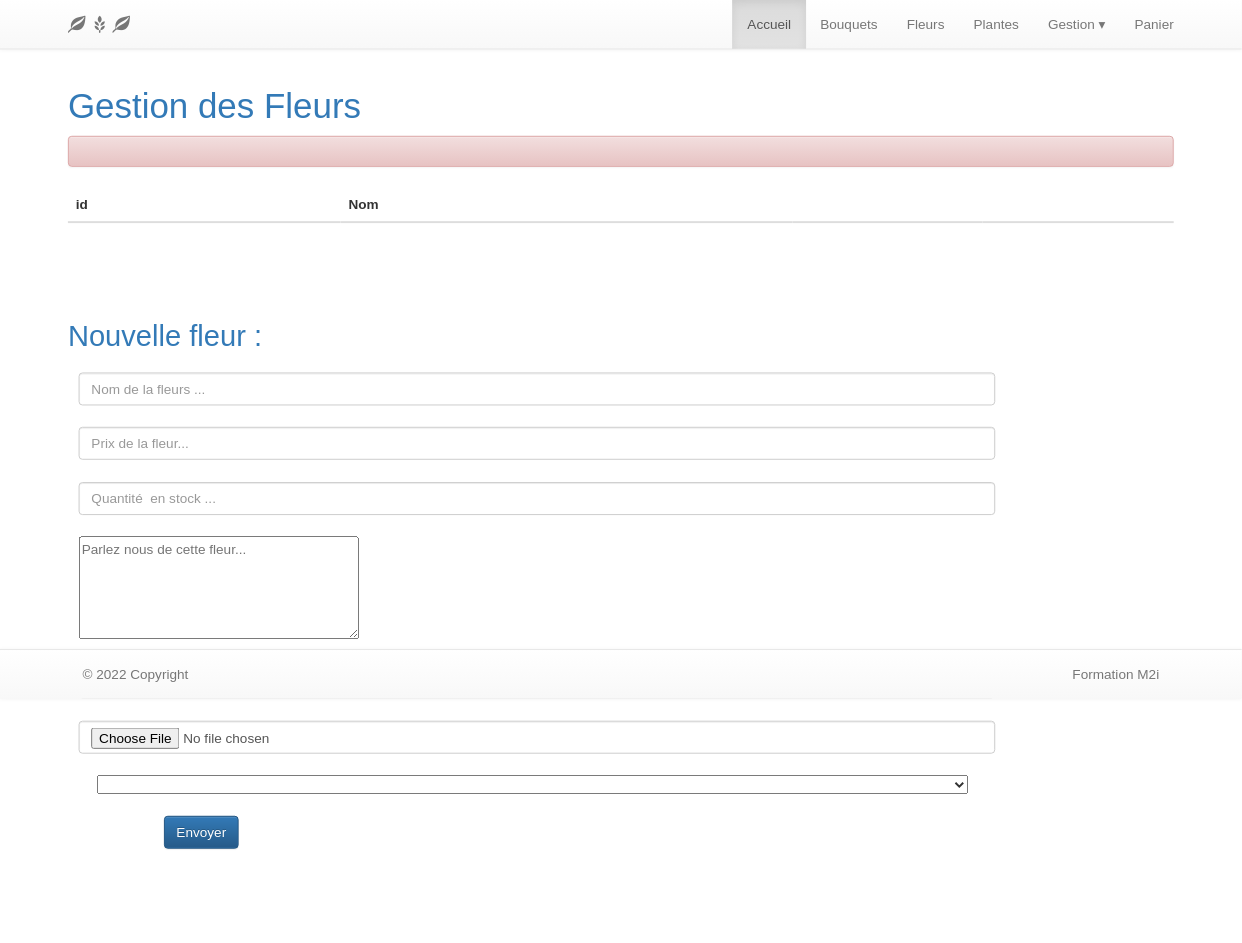
Repository: JeremT8/JavaFleuristeProject
Page: tp-fleuriste/src/main/webapp/bouquet-detail.html
These files come from the project's save history. The page is drawn as it stood at one moment and after the next save; the edit follows.
The browser window is 1280 px wide. The pictures show the whole page, at 97% of full size.
The page's requests for data from a server got no answer. Some web libraries are served in a nearby version.

Above is the page before, as saved 2022-05-17 08:04:28.

After the next save:
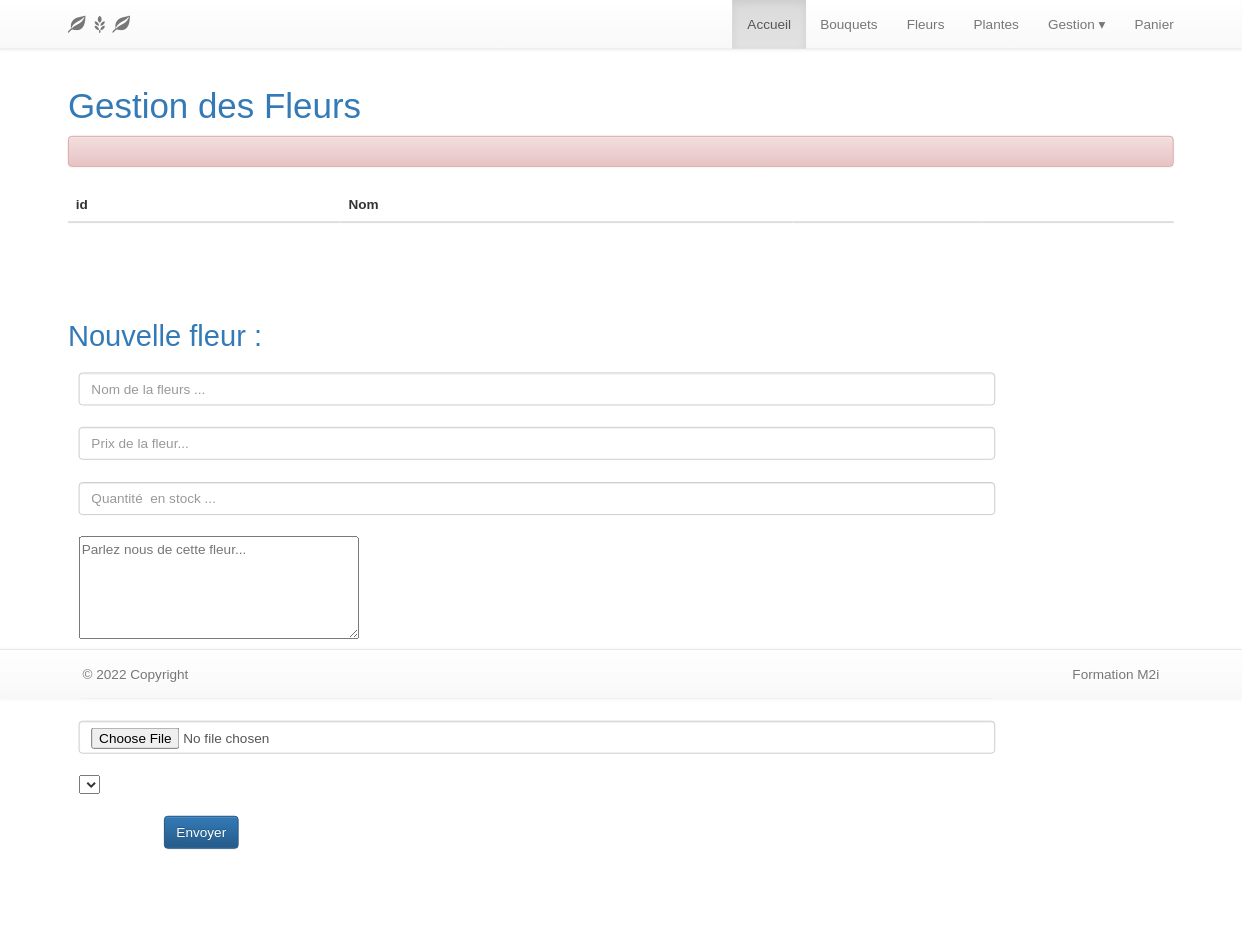
Saved 24 min 14 s later.
--- a/tp-fleuriste/src/main/webapp/bouquet-detail.html
+++ b/tp-fleuriste/src/main/webapp/bouquet-detail.html
@@ -22,7 +22,7 @@
 <meta name="theme-color" content="#ffffff">
 <link rel="stylesheet" href="css/commun.css">
 <script src="./js/fleurs.js"></script>
-<script src="./js/styles.js"></script>
+<script src="./js/saisons.js"></script>
 </head>
 <body>
 	<nav class="navbar navbar-default navbar-fixed-top">
@@ -117,7 +117,7 @@
 								class="form-control" />
 					</div>
 					<div class="col-xs-10 input-form">
-						<select id="style">
+						<select id="saisons">
 						</select>
 					</div>
 
